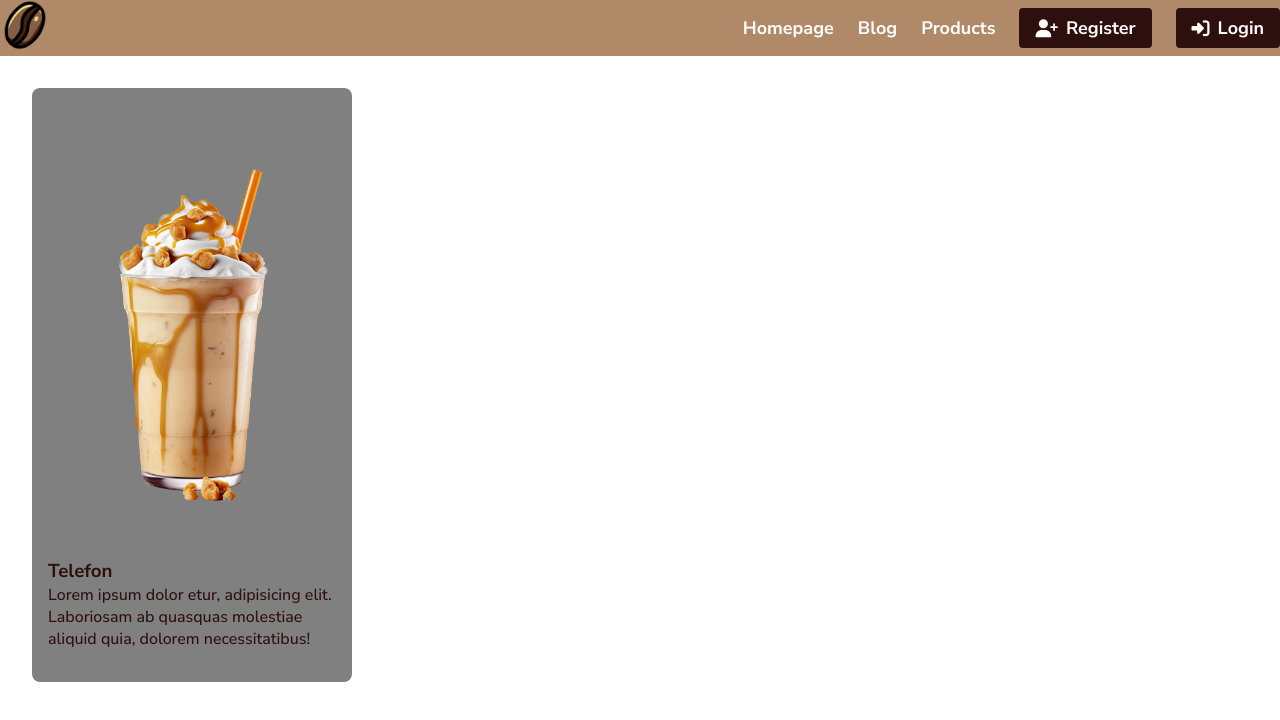
Repository: liviamucioniu/Coffee-Shop-Website
Page: index.html
An editor plug-in stored every save of this project. The page is shown before and after the next save, followed by the edit.
The browser window is 1280 px wide. The pictures show the whole page.

Above is the page before, as saved 2023-10-20 17:48:47.

### index.html
<!DOCTYPE html>
<html lang="en">
    <head>
        <meta charset="UTF-8" />
        <meta name="viewport" content="width=device-width, initial-scale=1.0" />
        <title>Magazin online</title>
        <link rel="stylesheet" href="styles.css" />
        <script defer src="script.js"></script>
        <link rel="preconnect" href="https://fonts.googleapis.com" />
        <link rel="preconnect" href="https://fonts.gstatic.com" crossorigin />
        <link
            href="https://fonts.googleapis.com/css2?family=Montserrat:ital,wght@0,200;0,400;0,500;1,100;1,200;1,300;1,400;1,500&family=Nunito+Sans:ital,opsz,wght@0,6..12,200;0,6..12,300;0,6..12,500;0,6..12,600;0,6..12,700;0,6..12,900;0,6..12,1000;1,6..12,200;1,6..12,300;1,6..12,400;1,6..12,500;1,6..12,600;1,6..12,900;1,6..12,1000&family=Open+Sans:ital,wght@1,300&family=Poppins:ital,wght@0,400;1,300;1,500&display=swap"
            rel="stylesheet"
        />
        <link
            rel="stylesheet"
            href="https://cdnjs.cloudflare.com/ajax/libs/font-awesome/6.4.2/css/all.min.css"
            integrity="sha512-z3gLpd7yknf1YoNbCzqRKc4qyor8gaKU1qmn+CShxbuBusANI9QpRohGBreCFkKxLhei6S9CQXFEbbKuqLg0DA=="
            crossorigin="anonymous"
            referrerpolicy="no-referrer"
        />
    </head>
    <body>
        <header id="header">
            <div class="logo-wrapper">
                <img class="logo" src="./assets/logo.png" alt="Logo" />
            </div>
            <!-- nav -->
            <nav class="navigation">
                <a class="link" href="#">Homepage</a>
                <a class="link" href="#">Blog</a>
                <a class="link" href="#">Products</a>
                <a class="link button" href="#">
                    <i class="fa-solid fa-user-plus"></i> Register</a
                >
                <a class="link button" href="#">
                    <i class="fa-solid fa-right-to-bracket"></i> Login</a
                >
            </nav>
        </header>
        <!-- sectiunea -->
        <section id="product-list">
            <div class="product-card">
                <img
                    class="product-image"
                    src="./assets/images/frappe.png"
                    alt="Frappe"
                />
                <h3 class="product-name">Telefon</h3>
                <p class="product-description">
                    Lorem ipsum dolor etur, adipisicing elit. Laboriosam ab
                    quasquas molestiae aliquid quia, dolorem necessitatibus!
                </p>
            </div>
        </section>
    </body>
</html>

### styles.css
:root {
    --coffee-color-1: #ede0d4;
    --coffee-color-2: #e6ccb2;
    --coffee-color-3: #ddb892;
    --coffee-color-4: #b08968;
    --coffee-color-5: #7f5539;
    --coffee-color-6: #9c6644;
    --color-light: #fffefd;
    --color-dark: #2d100e;
}

html {
    font-size: 16px;
}

*,
*::before,
*::after {
    margin: 0;
    padding: 0;
}

body {
    color: var(--color-dark);
    font-family: "Nunito Sans", sans-serif;
}

@media screen and (max-width: 560px) {
    html {
        font-size: 12px;
    }
}

#header {
    padding: 2rem 1 rem;
    background-color: var(--coffee-color-4);
    display: flex;
    justify-content: space-between;
}

header .logo {
    max-width: 50px;
}

#header .navigation {
    display: flex;
    align-items: center;
    gap: 1.5rem;
}

#header .navigation .link {
    font-size: 1.125rem;
    text-decoration: none;
    color: var(--color-light);
    font-weight: 700;
    transition: all 0.3s ease-in-out;
}

#header .navigation .link:hover {
    color: var(--color-dark);
}

#header .navigation .link.button {
    display: flex;
    align-items: center;
    gap: 0.5rem;
    padding: 0.5rem 1rem;
    background-color: var(--color-dark);
    border-radius: 0.25rem;
}

#header .navigation .link.button:hover {
    background-color: var(--coffee-color-3);
}

#product-list {
    display: flex;
    gap: 1.5rem;
    padding: 2rem;
    flex-wrap: wrap;
}

.product-card {
    border-radius: 0.5rem;
    max-width: 18rem;
    background-color: gray;
    padding: 2rem 1rem;
}

.product-image {
    max-width: 100%;
}

### script.js
// const title = document.getElementById("title");
// console.log(title);
// title.classList.add("main");

After the next save:
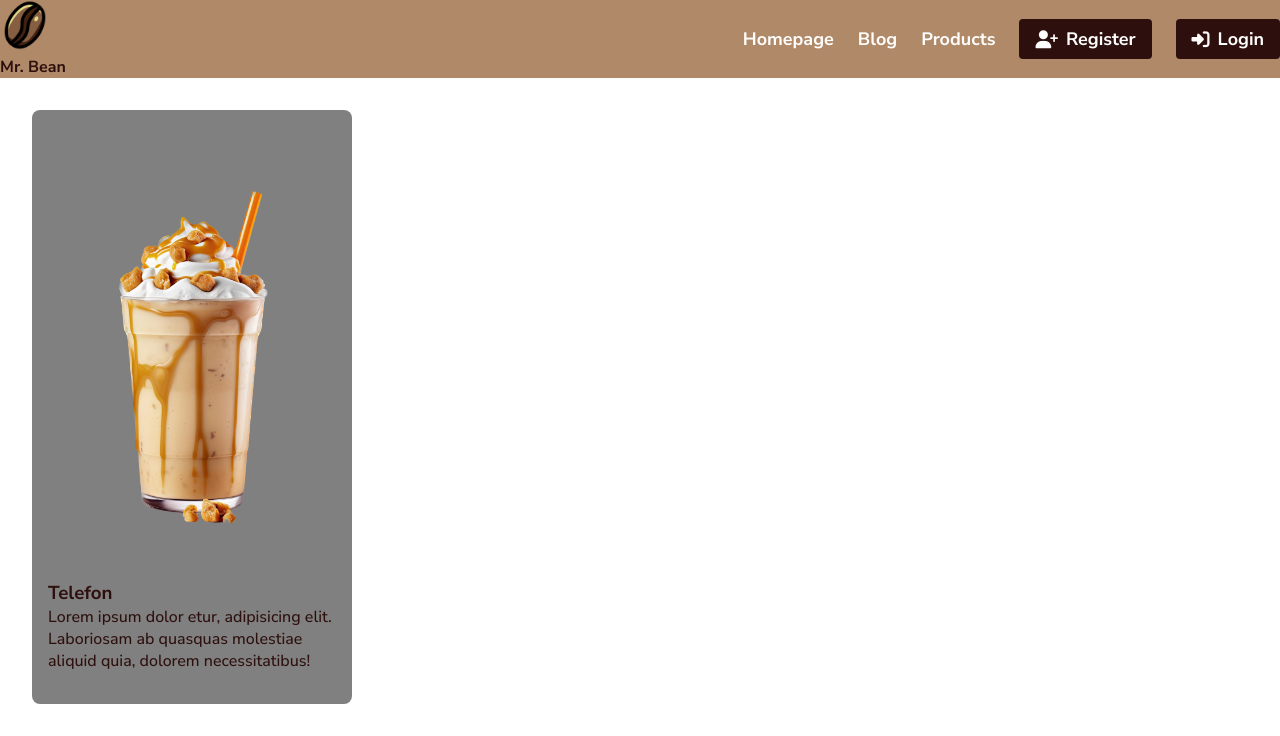
Saved 20 s later.
--- a/index.html
+++ b/index.html
@@ -24,6 +24,7 @@
         <header id="header">
             <div class="logo-wrapper">
                 <img class="logo" src="./assets/logo.png" alt="Logo" />
+                <h4>Mr. Bean</h4>
             </div>
             <!-- nav -->
             <nav class="navigation">
